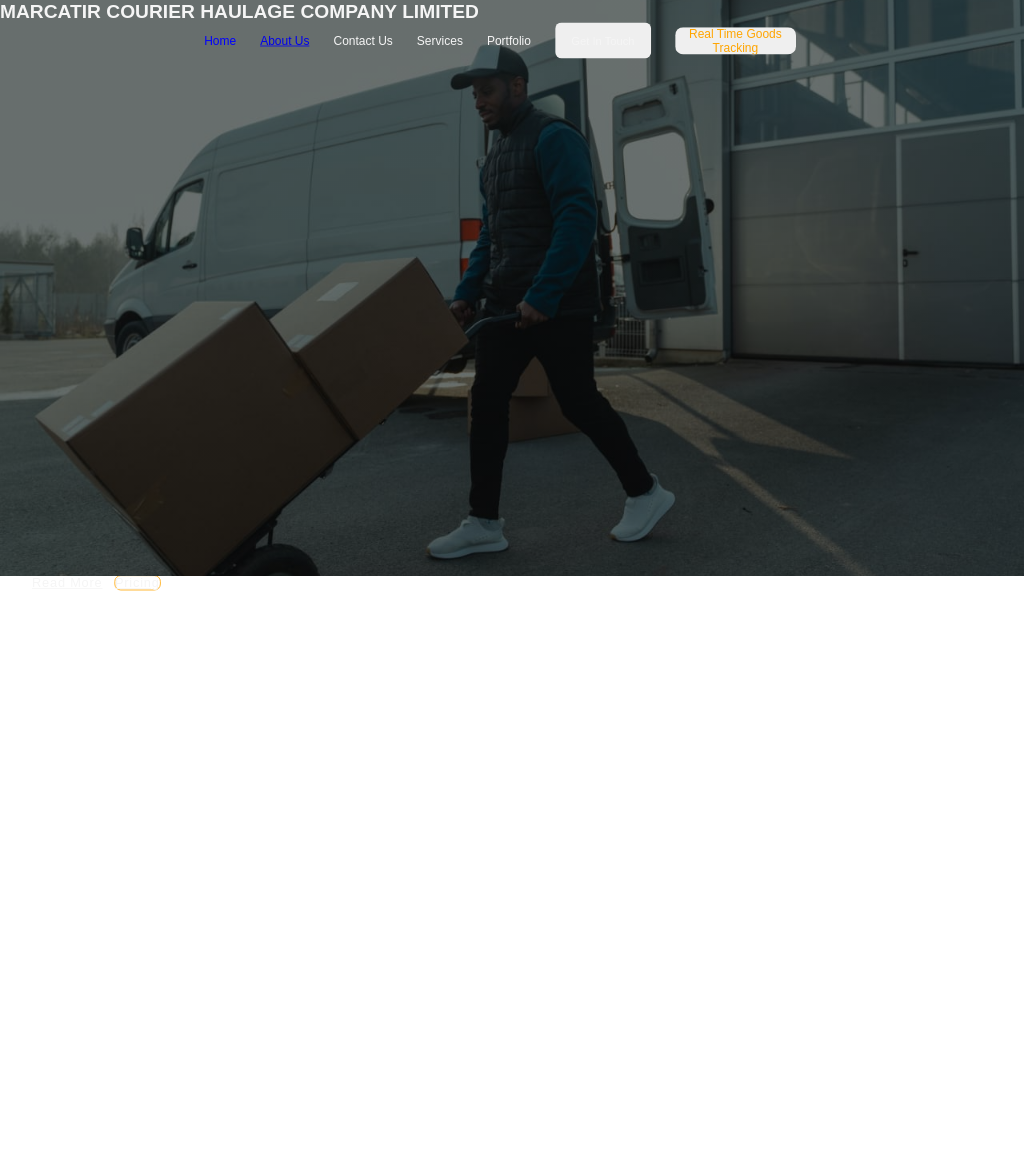
Repository: YagahAi/MARCATIR
Page: INDEX.HTML
These files come from the project's save history. The page is drawn as it stood at one moment and after a run of saves; the edit follows.
The browser window is 1280 px wide. The pictures show the whole page, at 80% of full size.

Above is the page before, as saved 2023-09-14 14:46:34.

### INDEX.HTML
<!DOCTYPE html>
<html lang="en">
<head>
    <meta charset="UTF-8">
    <meta name="viewport" content="width=device-width, initial-scale=1.0">
    <title>MARCATIR COURIER AND HAULAGE COMPANY LIMITED</title>
    <link rel="STYLESHEET" href="STYLE.CSS">
</head>
<body>
    <div class="container-fluid">
        <h2 class="logo">MARCATIR COURIER HAULAGE COMPANY LIMITED</h2>
        <nav>
            <ul>
                <li class="active">Home</li>
                <li><a href="/aboutus.html">About Us</a> </li>
                <li>Contact Us</li>
                <li>Services</li>
                <li>Portfolio</li>
                <li><a href="/form.html" target="_blank"><button class="btn">Get In Touch</button></a></li>
                <li><button class="btn2">Real Time Goods Tracking</button></li>

            </ul>
        </nav>
    </div>
    <div class="content">
        <a href="" button class="btn">Read More</button></a>
       <a href="" button class="btn btn2">Pricing</button></a>
    </div>

</body>
</html>

### STYLE.CSS
* {
  margin: 0;
  padding: 0;
  transition: 0;
  overflow: hidden;
  font-family: sans-serif;
}
.container-fluid{
  width: 100%;
  height: 100vh;
  background: linear-gradient(to left,rgba(0,0,0,0.5)50%,
    rgba(0,0,0,0.5)50%),url(send\ us.jpg) center/cover;
  background-repeat: no-repeat;
}
.container{
  width: 1200px;
  height: 80px;
  margin: auto;
  display: flex;
  justify-content: space-between;
  align-items: center;
}
.logo{
  color: whitesmoke;
  cursor: pointer;
}
nav ul{
  list-style:none ;
  display: flex;
  justify-content: center;
  align-items: center;
}
nav ul li{
  margin-right: 30px;
  cursor: pointer;
  color: whitesmoke;
  font-weight: 400;
  font-size: 15px;
}
.active{
  color: blue;
}
nav ul li:hover{
  color: blue;
}
.btn{
  width: 120px;
  height: 45px;
  border-radius: 8px;
  border: none;
  color: whitesmoke;
  cursor: pointer;
  font-size: 14px;
}
.btn2{
  width: 21vh;
  height: auto;
  border-radius: 10px;
  border: none;
  color: orange;
  cursor: pointer;
  font-size: 15px;
}
.btn:hover{
  background: whitesmoke;
  color: orange;
}
.btn2:hover{
  background: orange;
  color: whitesmoke;
}
.content{
  width: 1200px;
  height: 100vh;
  margin: auto;
}
.content h3{
  color: orange;
  padding-top: 100px;
  font-weight: 400;
}
.content h1{
  font-size: 80px;
  color: whitesmoke;
  margin-top: 20px;
  line-height: 75px;
}
.content p{
  color: whitesmoke;
  font-size: 16px;
  margin-top: 30px;
  line-height: 30px;
  letter-spacing: 1px;
}
.content .btn{
  margin-top: 20px;
  width: 150px;
  height: 50px;
  font-size: 16px;
  letter-spacing: 1px;
}
.content .btn2{
  background: transparent;
  border: 1px solid orange;
  border-radius: 8px;
  color: whitesmoke;
  margin-left: 10px;
}
.content .btn2:hover{
  background: orange;
}




/* form page */

.form_container{
  width: 600px;
}

.btns{
  display: flex;
  justify-content: space-between;
}

After the next 2 saves:
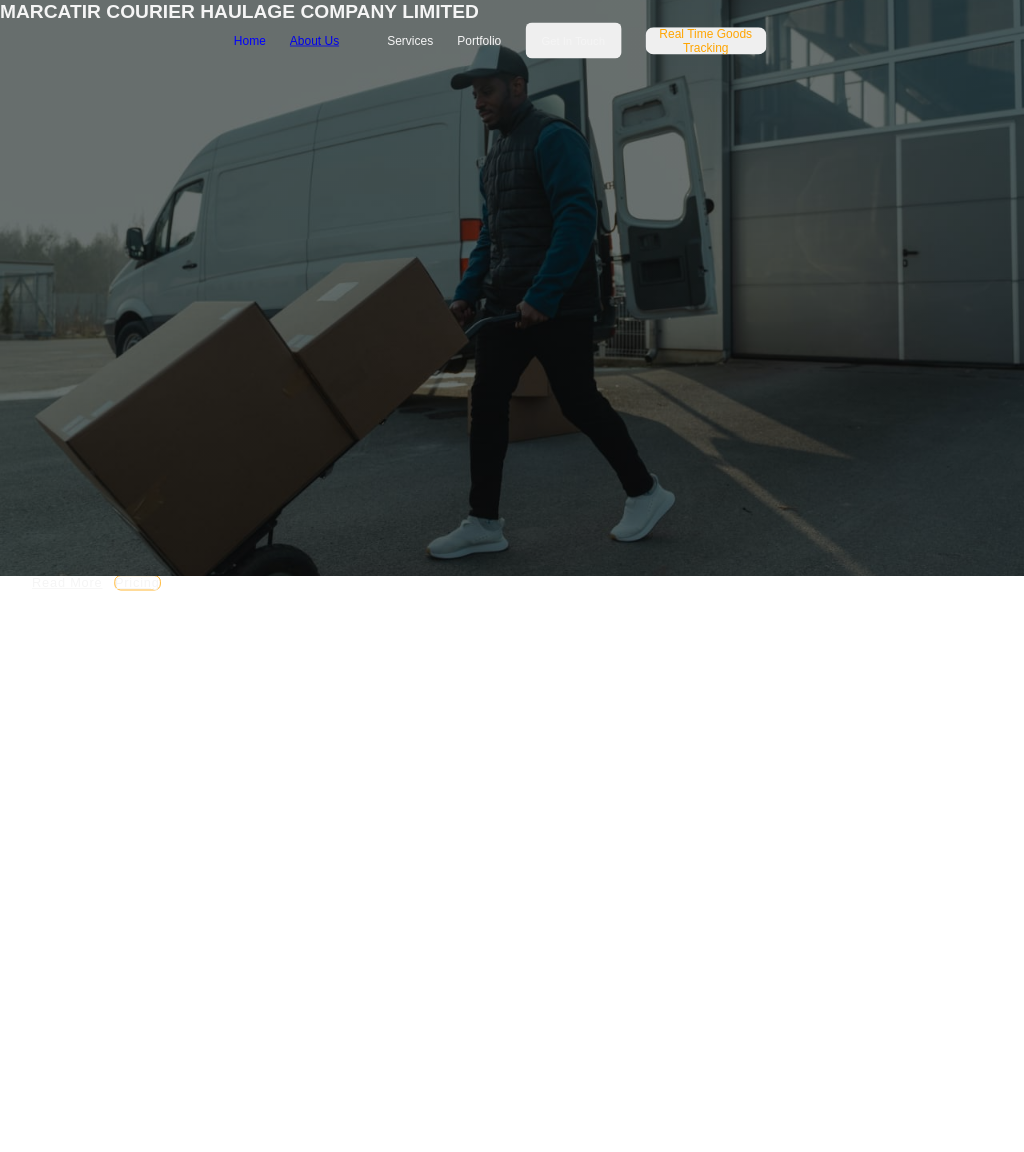
The 2 saves are shown as one change because they came seconds apart.
The last was saved 11 h 39 min later.
--- a/INDEX.HTML
+++ b/INDEX.HTML
@@ -13,7 +13,7 @@
             <ul>
                 <li class="active">Home</li>
                 <li><a href="/aboutus.html">About Us</a> </li>
-                <li>Contact Us</li>
+                <li><aContact Us</li>
                 <li>Services</li>
                 <li>Portfolio</li>
                 <li><a href="/form.html" target="_blank"><button class="btn">Get In Touch</button></a></li>
